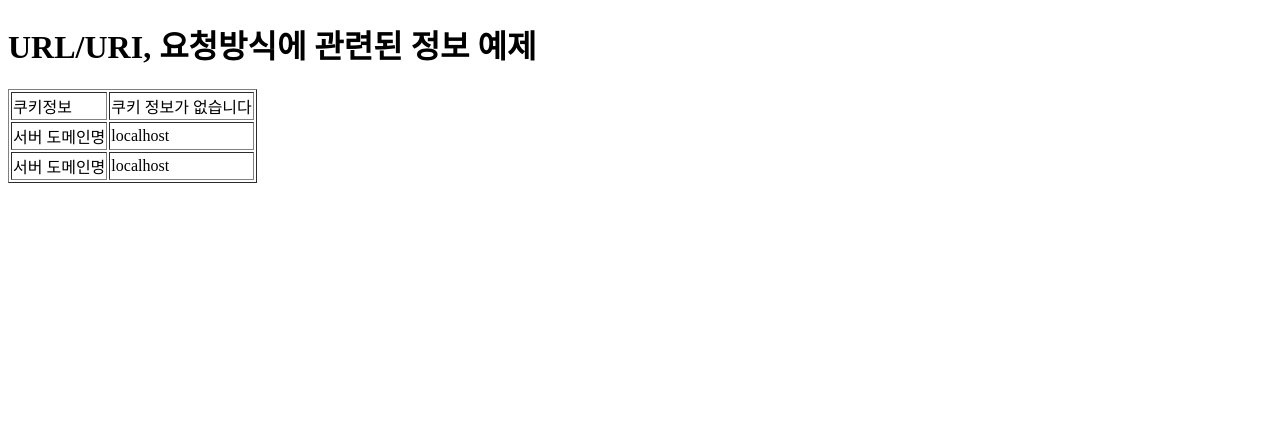
Repository: serendipity63/jsp_workspace
Page: http://localhost/JspExam5/requestTest2.jsp
The author's editor kept a copy of each file at every save. The page is drawn from the files as they stood at one save, then again after the next save.
The browser window is 1280 px wide. The pictures show the whole page.
The page is served by Tomcat 9. Other server files are loaded and not shown.

Above is the page before, as saved 2023-09-20 05:37:09.

### JspExam5/src/main/webapp/requestTest2.jsp
<%@ page language="java" contentType="text/html; charset=UTF-8"
	pageEncoding="UTF-8"%>
<!DOCTYPE html>
<html>
<head>
<meta charset="UTF-8">
<title>Insert title here</title>
</head>
<body>
	<h1>URL/URI, 요청방식에 관련된 정보 예제</h1>
	<table border="1">
		<tr>
			<td>쿠키정보</td>
			<%
			Cookie[] cookie = request.getCookies();
			if (cookie == null) {
			%>
			<td>쿠키 정보가 없습니다</td>
			<%
			} else {
			for (Cookie c : cookie) {
			%>
			<td><%=c.getName()%>(<%=c.getValue()%></td>
			<%
			}
			}
			%>
		</tr>

		<tr>
		<td>서버 도메인명</td>
		<td><%=request.getServerName() %></td>
				</tr>
		<tr>
		<td>서버 도메인명</td>
		<td><%=request.getServerName() %></td>



		</tr>

	</table>
</body>
</html>

After the next save:
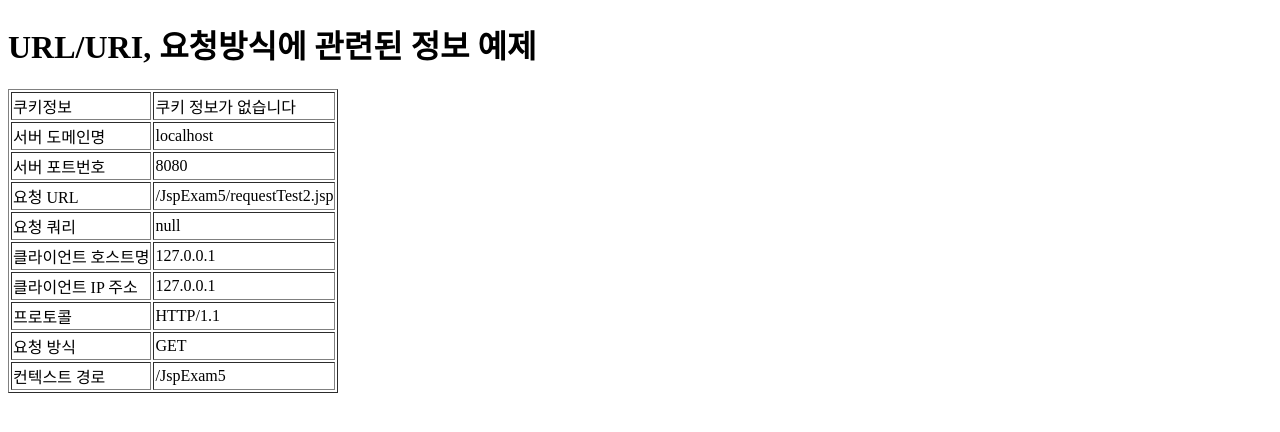
Saved 4 min 17 s later.
--- a/JspExam5/src/main/webapp/requestTest2.jsp
+++ b/JspExam5/src/main/webapp/requestTest2.jsp
@@ -32,12 +32,45 @@
 		<td><%=request.getServerName() %></td>
 				</tr>
 		<tr>
-		<td>서버 도메인명</td>
-		<td><%=request.getServerName() %></td>
+		<td>서버 포트번호</td>
+		<td><%=request.getServerPort() %> </td>
 
 
 
 		</tr>
+				<tr>
+		<td>요청 URL</td>
+		<td><%=request.getRequestURI()%> </td>
+		</tr>
+						<tr>
+		<td>요청 쿼리</td>
+		<td><%=request.getQueryString()%> </td>
+		</tr>
+						<tr>
+		<td>클라이언트 호스트명</td>
+		<td><%=request.getRemoteHost()%> </td>
+		</tr>
+							<tr>
+		<td>클라이언트 IP 주소</td>
+		<td><%=request.getRemoteAddr()%> </td>
+		</tr>
+							<tr>
+		<td>프로토콜</td>
+		<td><%=request.getProtocol()%> </td>
+		</tr>
+						<tr>
+		<td>요청 방식</td>
+		<td><%=request.getMethod()%> </td>
+		</tr>
+							<tr>
+		<td>컨텍스트 경로</td>
+		<td><%=request.getContextPath()%> </td>
+		</tr>
+
+
+
+
+
 
 	</table>
 </body>
